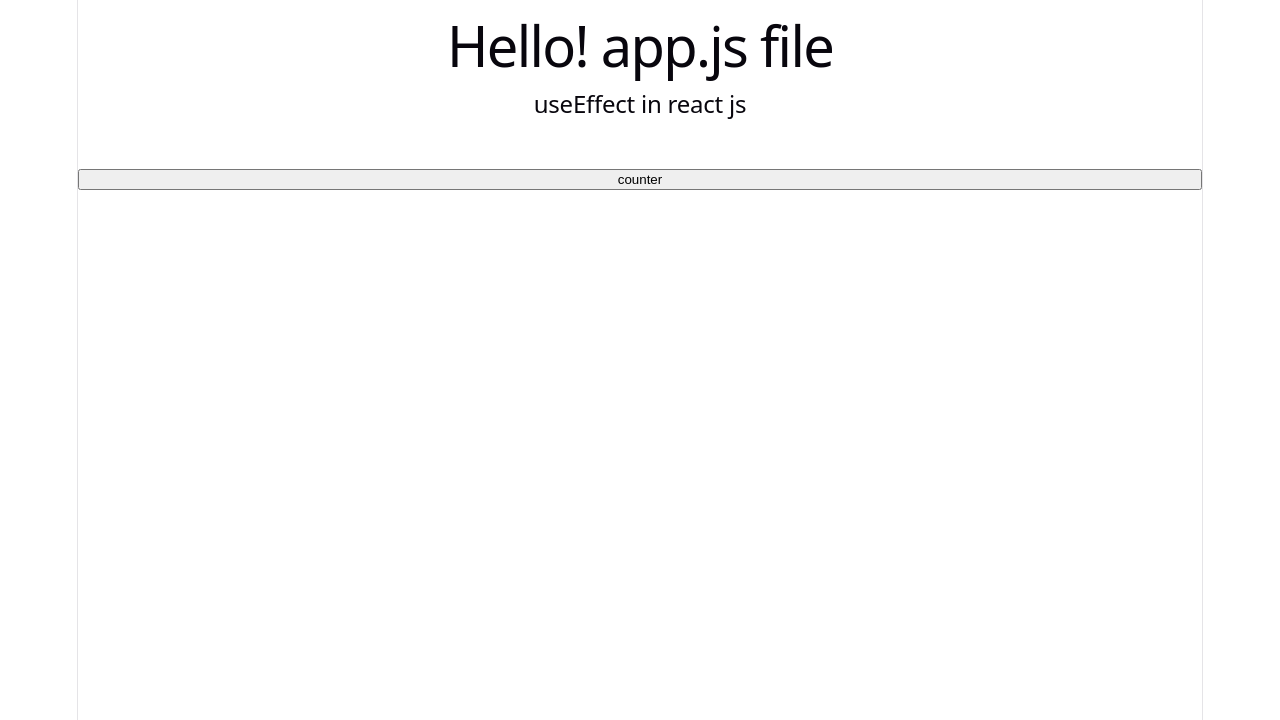
Repository: Gulzarokz/React_Course_Review
Page: / (app in vite-Project/)
These files come from the project's save history. The page is drawn as it stood at one moment and after the next save; the edit follows.
The browser window is 1280 px wide. The pictures show the whole page.
The project was rebuilt for these pictures with package versions that can differ from the ones it lists, and the page was loaded fresh each time. Also part of the build but not shown: vite-Project/vite.config.js, vite-Project/src/App.css.

Above is the page before, as saved 2026-04-22 12:56:29.

After the next save:
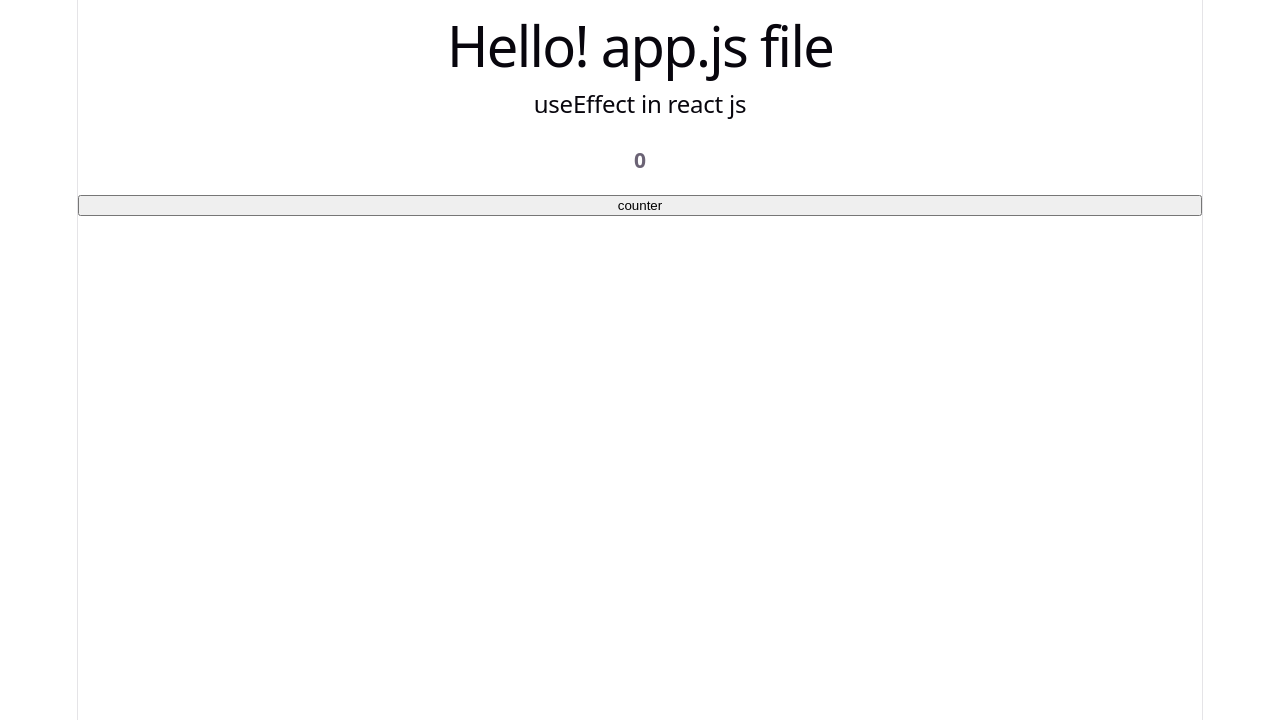
Saved 26 s later.
--- a/vite-Project/src/UseEffectProps.jsx
+++ b/vite-Project/src/UseEffectProps.jsx
@@ -10,7 +10,7 @@ function UseEffectProps(Props) {
         <>
             <h2>useEffect in react js</h2>
 
-            <h3>{Props.data.count}</h3>
+            <h3>{Props.data}</h3>
 
 
         </>
